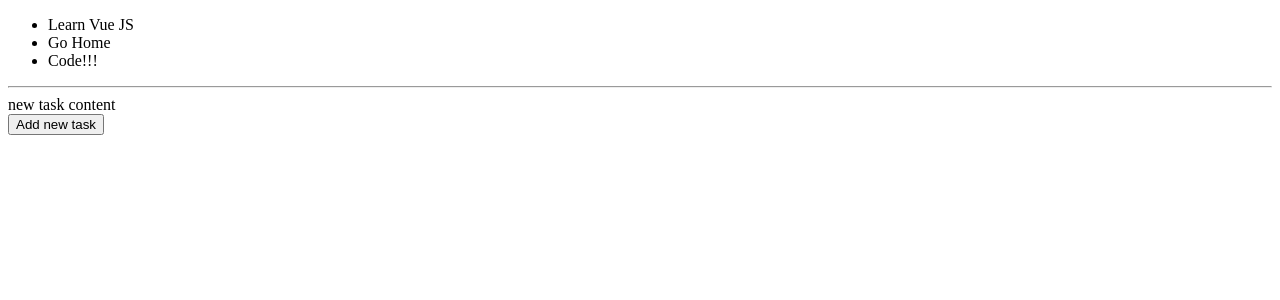
Repository: EmilsLapins/RCS_Web
Page: Day7/index.html
These files come from the project's save history. The page is drawn as it stood at one moment and after the next save; the edit follows.
The browser window is 1280 px wide. The pictures show the whole page.
Some web libraries are served in a nearby version.

Above is the page before, as saved 2018-08-03 19:20:34.

After the next save:
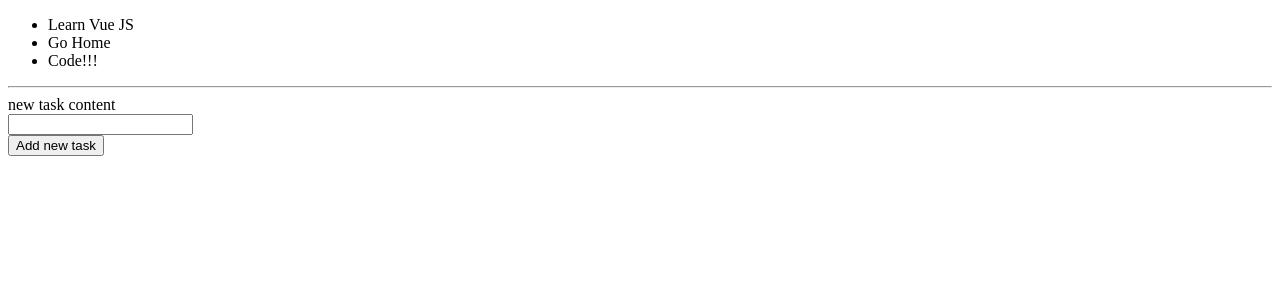
Saved 113 s later.
--- a/Day7/index.html
+++ b/Day7/index.html
@@ -1,5 +1,6 @@
 <!DOCTYPE html>
 <html lang="en">
+
 <head>
     <meta charset="UTF-8">
     <meta name="viewport" content="width=device-width, initial-scale=1.0">
@@ -12,38 +13,47 @@
         }
     </style>
 </head>
+
 <body>
     <div id="app">
         <ul>
             <li v-for="task in tasks">
-                <span
-                v-on:click="task.done = !task.done"
-                :class="[task.done ? 'is-completed' : '']"
-                >
+                <span v-on:click="task.done = !task.done" :class="[task.done ? 'is-completed' : '']">
                     {{ task.content }}
                 </span>
-                <button
-                v-if="task.done"
-                v-on:click="removeTask(task)"
-                >
+                <button v-if="task.done" v-on:click="removeTask(task)">
                     Delete
                 </button>
             </li>
         </ul>
-<hr>
-<div>
-    <label for="task-content">
-        new task content
-    </label>
 
-</div>
-<div>
-    <button>Add new task</button>
-</div>
+
+
+
+
+
+        <hr>
+
+
+
+
+        <div>
+            <label for="task-content">
+                new task content
+            </label>
+
+        </div>
+        <div>
+            <input id="task-content">
+        </div>
+        <div>
+            <button>Add new task</button>
+        </div>
 
     </div>
 
     <script src="https://cdn.jsdelivr.net/npm/vue@2.5.17/dist/vue.js"></script>
     <script type="text/javascript" src="main.js"></script>
 </body>
+
 </html>
